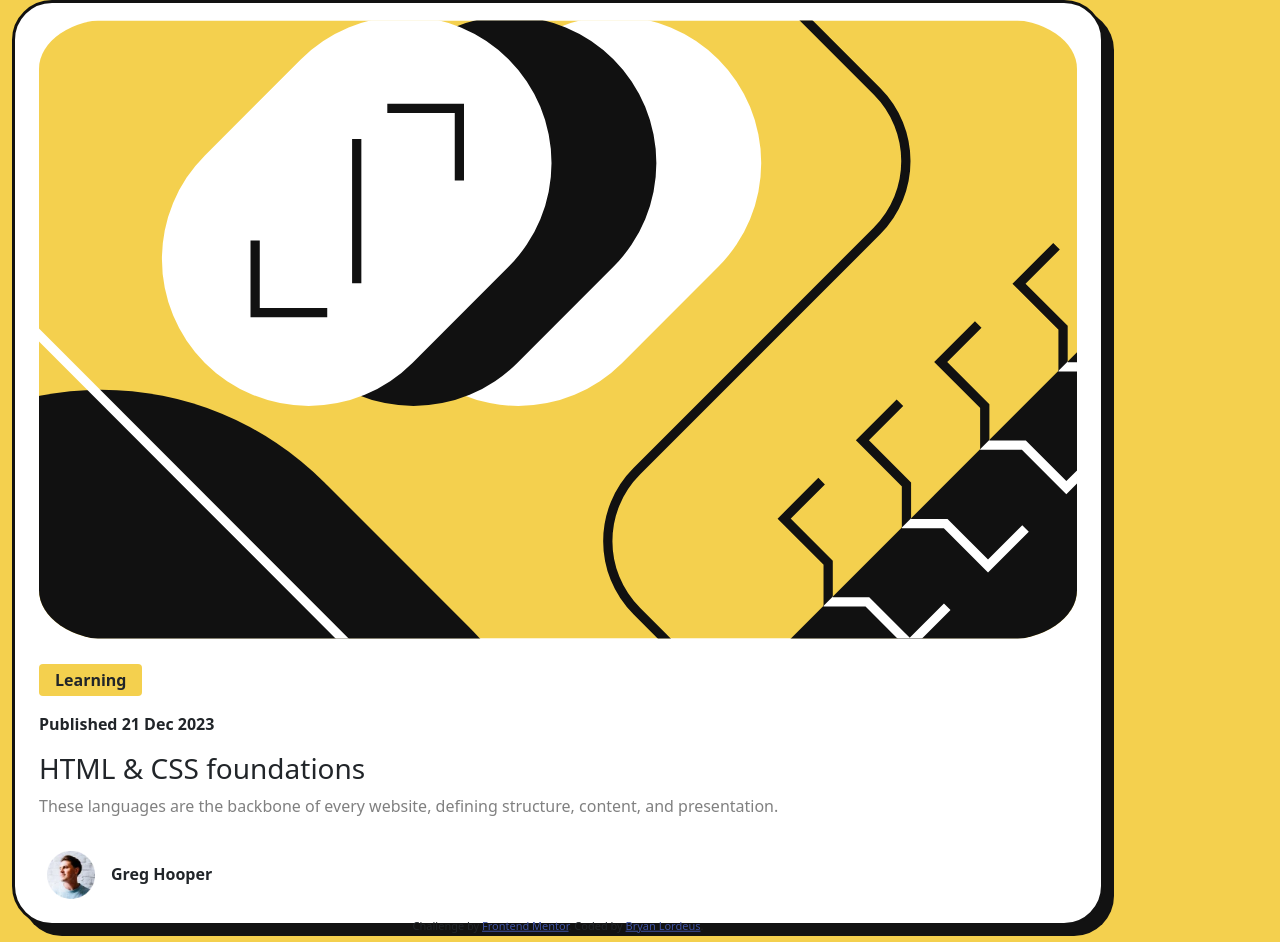
Repository: blordeus/blog-preview-card
Page: index.html
The author's editor kept a copy of each file at every save. The page is drawn from the files as they stood at one save, then again after the next save.
The browser window is 1280 px wide. The pictures show the whole page.
The style sheet was rebuilt from its Sass, Less or Tailwind sources for each picture, by a compiler version that may differ from the author's.

Above is the page before, as saved 2024-02-10 11:41:19.

### index.html
<!DOCTYPE html>
<html lang="en">
<head>
  <meta charset="UTF-8">
  <meta name="viewport" content="width=device-width, initial-scale=1.0"> <!-- displays site properly based on user's device -->

  <link rel="icon" type="image/png" sizes="32x32" href="./assets/images/favicon-32x32.png">
  <link rel="stylesheet" href="style.css">
  <link href="https://cdn.jsdelivr.net/npm/bootstrap@5.1.3/dist/css/bootstrap.min.css" rel="stylesheet" integrity="sha384-1BmE4kWBq78iYhFldvKuhfTAU6auU8tT94WrHftjDbrCEXSU1oBoqyl2QvZ6jIW3" crossorigin="anonymous">
  <title>Frontend Mentor | Blog preview card</title>

</head>
<body class="yellow-bg container row">
<main class=" white-bg black-shadow row justify-content-center align-items-center mx-auto py-3">
      <img class="img-header rounded-edges" src="assets\images\illustration-article.svg" alt="header image">
      <div class="mt-4">
        <p class="yellow-bg d-inline-block px-3 py-1 rounded fw-bold">Learning</p>
      </div>
      <p class="fw-bold">Published 21 Dec 2023</p>
      <h1 class="h3">HTML & CSS foundations</h1>
      <p class="grey-text">These languages are the backbone of every website, defining structure, content, and presentation.</p>

      <div class="d-flex gap-2 pt-2 align-items-center">
        <img class="greg" src="assets\images\image-avatar.webp" alt="author image">
        <p class="mt-3 fw-bold">Greg Hooper</p>
      </div>

</main>
<div class="attribution d-none d-sm-block translate-middle-y">
    Challenge by <a href="https://www.frontendmentor.io?ref=challenge" target="_blank">Frontend Mentor</a>.
    Coded by <a href="www.bryanlordeus.com">Bryan Lordeus</a>.
  </div>
</body>
</html>

### style.scss
@font-face {
    font-family: Figtree;
    src: url(./assets/fonts/Figtree-VariableFont_wght.ttf);
}

@font-face {
    font-family: Figtree-Italic;
    src: url(./assets/fonts/Figtree-Italic-VariableFont_wght.ttf) format("truetype");
    font-style: italic;
}

// Primary

$Yellow: hsl(47, 88%, 63%);

// Neutral

$White: hsl(0, 0%, 100%);
$Grey: hsl(0, 0%, 50%);
$Black: hsl(0, 0%, 7%);

//reset

* {
    margin: 0;
    padding: 0;
    box-sizing: border-box;
}

body {
    font-family: Figtree;
}

main{
    border-radius: 10px;
    //translate vertically to center of screen
}

.rounded-edges {
    border-radius: 5%;
}

p {
    font-size: 16px;
}


.yellow-bg {
    background-color: $Yellow;

}

.black-bg {
    background-color: $Black;
}

//create a black shadow for the box that offsets to the right and bottom

.black-shadow {
    box-shadow: 10px 10px 0px $Black;
    border: 2px solid $Black;
}

.grey-text {
    color: $Grey;
}

.white-bg {
    background-color: $White;
}

.black-text {
    color: $Black;
}

.greg {
    scale: 0.75;
}

.attribution { font-size: 11px; text-align: center; }
.attribution a { color: hsl(228, 45%, 44%); }

//media query for desktop

@media (min-width: 768px) {
    .black-shadow {
        box-shadow: 10px 10px 0px $Black;
        border: 3px solid $Black;
    }

    //reduce main box size and center it to screen

    main {
        border-radius: 40px;
        max-width: 300px;
        //translate box to center of screen
        margin: auto;
    }

    .rounded-edges {
        border-radius: 8%;
    }

}

After the next save:
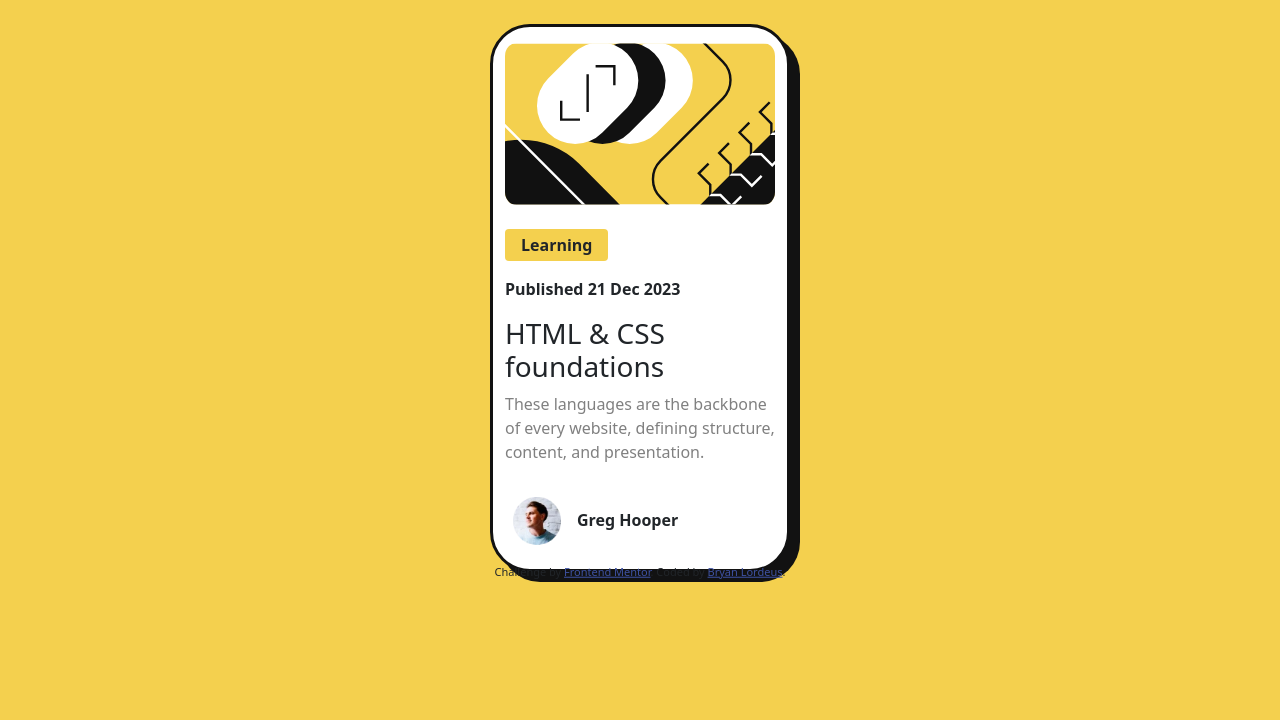
Saved 5 s later.
--- a/index.html
+++ b/index.html
@@ -10,7 +10,7 @@
   <title>Frontend Mentor | Blog preview card</title>
 
 </head>
-<body class="yellow-bg container row">
+<body class="yellow-bg container mt-4">
 <main class=" white-bg black-shadow row justify-content-center align-items-center mx-auto py-3">
       <img class="img-header rounded-edges" src="assets\images\illustration-article.svg" alt="header image">
       <div class="mt-4">
